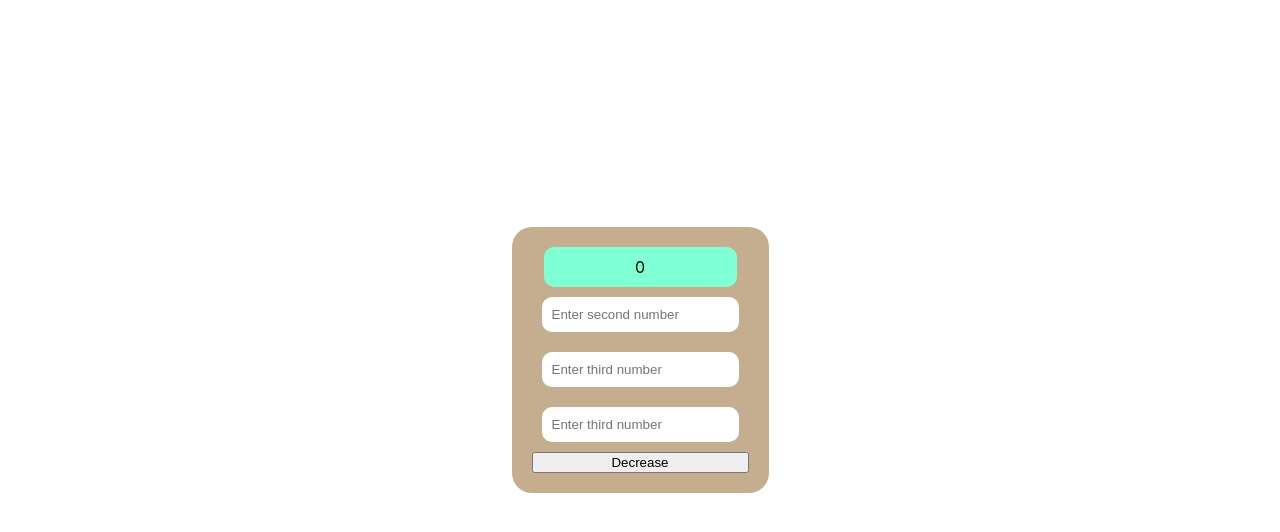
Repository: purnimapatel/SI-calculator
Page: /
These files come from the project's save history. The page is drawn as it stood at one moment and after the next save; the edit follows.
The browser window is 1280 px wide. The pictures show the whole page.
The project was rebuilt for these pictures with package versions that can differ from the ones it lists, and the page was loaded fresh each time.

Above is the page before, as saved 2024-08-26 11:39:12.

### src/App.jsx
import logo from './logo.svg';
import './App.css';
import { useState } from 'react';

function App() {
  const[rate, setRate]=(useState(''));
  const[principle, setPrinciple]=(useState());
  const[time, setTime]=(useState(''));
  const[res, setRes]=(useState(0));
  return(

    <div className="container">
    <div className="container1">
    <div className="result">
    {res}
    </div>


    <input
        type="number"
        id = "field"
        value={rate}
        onChange={(e) => setRate(Number(e.target.value))}
        placeholder="Enter second number"
      />
      <input
        type="number"
        id="field"
        value={principle}
        onChange={(e) => setPrinciple(Number(e.target.value))}
        placeholder="Enter third number"
      />
      <input
        type="number"
        id = "field"
        value={time}
        onChange={(e) => setTime(Number(e.target.value))}
        placeholder="Enter third number"
      />
    <button className='btn2' onClick={result}>Decrease</button>
    </div>
    </div>

  )
  function result(){

    setRate('');
    setPrinciple('');
    setTime('');
    setRes((rate*principle*time)/100)

}




}


export default App;

### src/App.css
.App {
  text-align: center;

}
.container{
  display: flex;
  justify-content: center;
  align-items:center;
  height:100vh;

}
.container1{

  background-color:rgb(197, 174, 144);
  display:flex;
  text-align: center;
  flex-direction: column;
  justify-content: center;
  height: auto;
  width:auto;
  padding:20px;
  border-radius: 20px;

}
.result{
  display: flex;
  text-align: center;
  justify-content: center;
  margin:0px 12px;
  padding:10px 0px;
  background-color:aquamarine;
  border-radius:10px;

}
input[type=number]::-webkit-outer-spin-button,
input[type=number]::-webkit-inner-spin-button {
    -webkit-appearance: none;
    margin: 0;
}

/* Remove the spinner in Firefox */
input[type=number] {
    -moz-appearance: textfield;
}
#field{
  margin:10px;
  padding:10px;
  border-radius:10px;
  border:none;
}

Loaded but not shown: public/index.html (common file); src/index.js (common file); src/index.css (common file); src/reportWebVitals.js (common file)

After the next save:
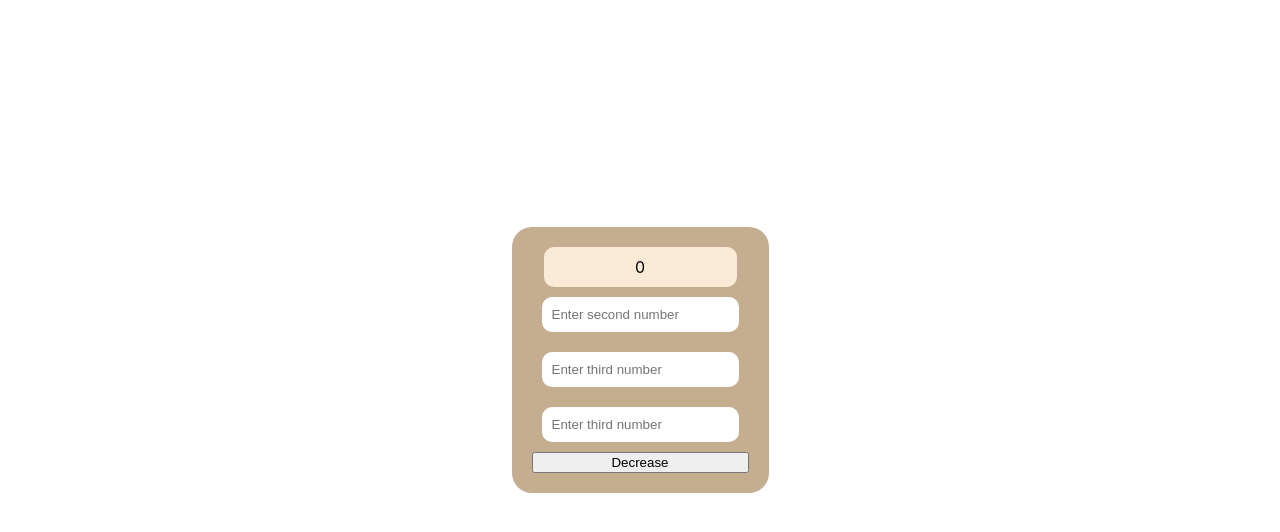
Saved 17 s later.
--- a/src/App.css
+++ b/src/App.css
@@ -28,7 +28,7 @@
   justify-content: center;
   margin:0px 12px;
   padding:10px 0px;
-  background-color:aquamarine;
+  background-color:antiquewhite;
   border-radius:10px;
 
 }
